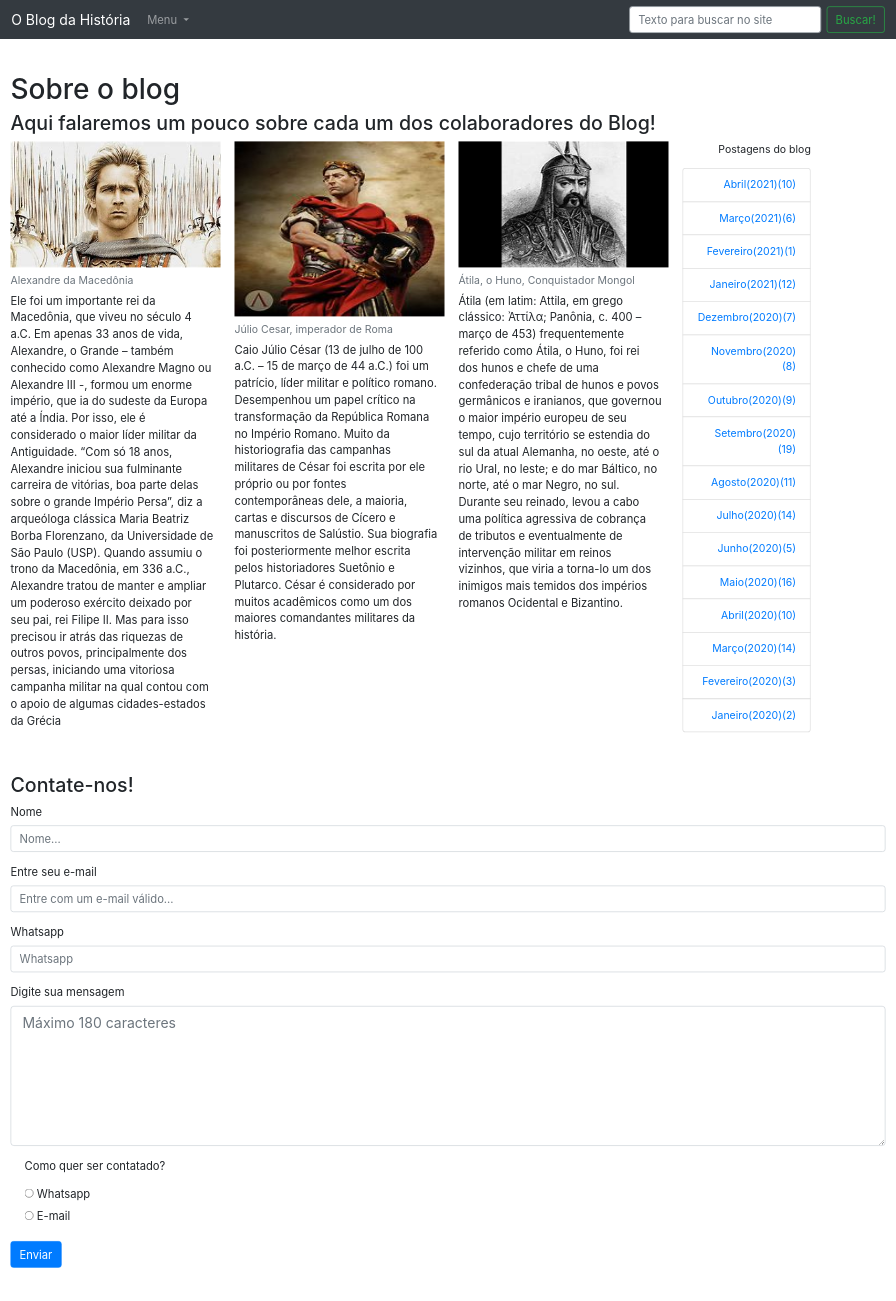
Repository: xhenrique/blog_layout_bootstrap
Page: source/sobre.html
The author's editor kept a copy of each file at every save. The page is drawn from the files as they stood at one save, then again after the next save.
The browser window is 1280 px wide. The pictures show the part of the page from y = 0 to 1920 px (the page is 1859 px tall before and 2903 px after), at 70% of full size.

Above is the page before, as saved 2021-04-25 03:14:04.

### source/sobre.html
<!DOCTYPE html>
<html lang="pt-br">
  <head>
    <!-- Meta tags Obrigatórias -->
    <meta charset="utf-8">
    <meta name="viewport" content="width=device-width, initial-scale=1, shrink-to-fit=no">

    <!-- Bootstrap CSS -->
    <link rel="stylesheet" href="https://stackpath.bootstrapcdn.com/bootstrap/4.1.3/css/bootstrap.min.css" integrity="sha384-MCw98/SFnGE8fJT3GXwEOngsV7Zt27NXFoaoApmYm81iuXoPkFOJwJ8ERdknLPMO" crossorigin="anonymous">
    <title>O Blog da História</title>
  </head>
  <body>
    <nav class="navbar navbar-expand-md navbar-dark bg-dark sticky-top">
        <a class = "navbar-brand" href="index.html">O Blog da História</a>

        <!--Especificações do que é cada um dos atributos!!!!!
            "aria-controls": define a relação entre os elementos, um elemento é pai e o outro filho, deve ser definido no pai, relacionando o filho;
            "data-target" : Define o que será exibido quando clicar na opção do menu;
            "data-toggle" : o que vai acontecer quando eu clicar em cima do botão, collapse, por exemplo, faz o botão expandir e retrair as opções;
            "aria-expanded" : Flag para o navegador informando que o elemento não está expandido;
            "aria-label" : é usado para definir uma string na tag do elemento atual.
        -->
        <button class="navbar-toggler" type="button" data-toggle="collapse" data-target="#navbarCfg" aria-controls="navbarCfg">
            <span class="navbar-toggler-icon"></span>
        </button>
        <div class="collapse navbar-collapse" id="navbarCfg">
            <ul class="navbar-nav mr-auto">
                <a class="nav-link dropdown-toggle" href="#" id="navbarDropdown" role="button" data-toggle="dropdown" aria-haspopup="true" aria-expanded="false">
                Menu
                </a>
                <div class="dropdown-menu" aria-labelledby="navbarDropdown">
                <a class="dropdown-item" href="index.html">Início</a>
                <a class="dropdown-item" href="sobre.html">Sobre</a>
                <a class="dropdown-item" href="posts.html">Postagens</a>
                <div class="dropdown-divider"></div>
                <p style="text-align: left; padding-left: 10px;"> Criado por: <br/>José Xavier<br/>UFPA - 2021</p>
                </div>
            </ul>
            <form class="form-inline my-2 my-lg-0">
            <input class="form-control mr-sm-2" type="search" placeholder="Texto para buscar no site" aria-label="Search">
            <button class="btn btn-outline-success my-2 my-sm-0" type="submit">Buscar!</button>
            </form>
        </div>
    </nav>

    <div class="container-fluid" id="sobreContainer">
        <div id="sobre_o_blog" class="text-left">
            <br/>
            <br/>
            <h1>Sobre o blog</h1>
            <h3>Aqui falaremos um pouco sobre cada um dos colaboradores do Blog!</h3>
        </div>
        <div class="row d-flex">
            <div class="col-md-3">
                <img class="figure-img" src="../img/alexandre.jpg" alt="Xandão"  style="height: 180px; width: 300px">
                <figcaption class="figure-caption" style="font-size: 15px; margin-bottom: 5px;">
                    Alexandre da Macedônia
                </figcaption>
                <p>Ele foi um importante rei da Macedônia, que viveu no século 4 a.C. Em apenas 33 anos de vida, Alexandre, o Grande – também conhecido como Alexandre Magno ou Alexandre III -, formou um enorme império, que ia do sudeste da Europa até a Índia. Por isso, ele é considerado o maior líder militar da Antiguidade. “Com só 18 anos, Alexandre iniciou sua fulminante carreira de vitórias, boa parte delas sobre o grande Império Persa”, diz a arqueóloga clássica Maria Beatriz Borba Florenzano, da Universidade de São Paulo (USP). Quando assumiu o trono da Macedônia, em 336 a.C., Alexandre tratou de manter e ampliar um poderoso exército deixado por seu pai, rei Filipe II. Mas para isso precisou ir atrás das riquezas de outros povos, principalmente dos persas, iniciando uma vitoriosa campanha militar na qual contou com o apoio de algumas cidades-estados da Grécia</p>
            </div>
            <div class="col-md-3">
                <img class="figure-img" src="../img/th.jfif" alt="imperador" style="height: 250px; width: 300px">
                <figcaption class="figure-caption" style="font-size: 15px; margin-bottom: 5px;">
                    Júlio Cesar, imperador de Roma
                </figcaption>
                <p>Caio Júlio César (13 de julho de 100 a.C. – 15 de março de 44 a.C.) foi um patrício, líder militar e político romano. Desempenhou um papel crítico na transformação da República Romana no Império Romano. Muito da historiografia das campanhas militares de César foi escrita por ele próprio ou por fontes contemporâneas dele, a maioria, cartas e discursos de Cícero e manuscritos de Salústio. Sua biografia foi posteriormente melhor escrita pelos historiadores Suetônio e Plutarco. César é considerado por muitos acadêmicos como um dos maiores comandantes militares da história.</p>
            </div>
            <div class="col-md-3">
                <img class="figure-img" src="../img/atila.jpg" alt="o_huno" style="height: 180px; width: 300px">
                <figcaption class="figure-caption" style="font-size: 15px; margin-bottom: 5px;">
                        Átila, o Huno, Conquistador Mongol
                </figcaption>
                <p>Átila (em latim: Attila, em grego clássico: Ἀττίλα; Panônia, c. 400 – março de 453) frequentemente referido como Átila, o Huno, foi rei dos hunos e chefe de uma confederação tribal de hunos e povos germânicos e iranianos, que governou o maior império europeu de seu tempo, cujo território se estendia do sul da atual Alemanha, no oeste, até o rio Ural, no leste; e do mar Báltico, no norte, até o mar Negro, no sul. Durante seu reinado, levou a cabo uma política agressiva de cobrança de tributos e eventualmente de intervenção militar em reinos vizinhos, que viria a torna-lo um dos inimigos mais temidos dos impérios romanos Ocidental e Bizantino.</p>
            </div>
                <div class="col-md-2">
                    <div class="text-right" style="font-size: 15px;">
                        <p>Postagens do blog</p>
                        <ul class="list-group">
                            <!--Javascript provavelmente entraria aqui, iterando sobre uma lista/matriz e exibindo a quantida de postagens por mês/ano-->
                            <li class="list-group-item"><a href="">Abril(2021)(10)</a></li>
                            <li class="list-group-item"><a href="">Março(2021)(6)</a></li>
                            <li class="list-group-item"><a href="">Fevereiro(2021)(1)</a></li>
                            <li class="list-group-item"><a href="">Janeiro(2021)(12)</a></li>
                            <li class="list-group-item"><a href="">Dezembro(2020)(7)</a></li>
                            <li class="list-group-item"><a href="">Novembro(2020)(8)</a></li>
                            <li class="list-group-item"><a href="">Outubro(2020)(9)</a></li>
                            <li class="list-group-item"><a href="">Setembro(2020)(19)</a></li>
                            <li class="list-group-item"><a href="">Agosto(2020)(11)</a></li>
                            <li class="list-group-item"><a href="">Julho(2020)(14)</a></li>
                            <li class="list-group-item"><a href="">Junho(2020)(5)</a></li>
                            <li class="list-group-item"><a href="">Maio(2020)(16)</a></li>
                            <li class="list-group-item"><a href="">Abril(2020)(10)</a></li>
                            <li class="list-group-item"><a href="">Março(2020)(14)</a></li>
                            <li class="list-group-item"><a href="">Fevereiro(2020)(3)</a></li>
                            <li class="list-group-item"><a href="">Janeiro(2020)(2)</a></li>
                        </ul>
                    </div>
                </div>
        </div>

        <form>
            <br/>
            <br/>

            <h3>
                Contate-nos!
            </h3>
            <div class="mb-3">
                <label for="nameInput" class="form-label">Nome</label>
                <input type="email" placeholder="Nome..." class="form-control" id="nameInput" aria-describedby="input_name" required>
            </div>
            <div class="mb-3">
                <label for="inputEmail" class="form-label">Entre seu e-mail</label>
                <input type="email" placeholder="Entre com um e-mail válido..." class="form-control" id="inputEmail" aria-describedby="emailHelp" required>
            </div>
              <div class="mb-3">
                <label for="wppInput" class="form-label">Whatsapp</label>
                <input type="text" placeholder="Whatsapp" class="form-control" id="wppInput">
              </div>
              <div class="mb-3">
                <label for="msgInput" class="form-label">Digite sua mensagem</label>
                <textarea type="text" placeholder="Máximo 180 caracteres" maxlength="180" class="form-control form-control-lg" id="msgInput" style="height: 200px;"></textarea>
              </div>
              <div class="mb-3 form-check">
                  <p>Como quer ser contatado?
                  </p>
                  <input type="radio" id="wpp" name="whatsapp" value="Whatsapp">
                  <label for="wpp">Whatsapp</label><br>
                  <input type="radio" id="e-mail" name="email" value="E-mail">
                  <label for="e-mail">E-mail</label><br>
              </div>
              <button class="btn btn-primary" type="submit" aria-label="btnSubmmit">Enviar</button>
              <br>
              <br>
              <br>
        </form>
    </div>


    <!-- JavaScript (Opcional) -->
    <!-- jQuery primeiro, depois Popper.js, depois Bootstrap JS -->
    <script src="https://code.jquery.com/jquery-3.3.1.slim.min.js" integrity="sha384-q8i/X+965DzO0rT7abK41JStQIAqVgRVzpbzo5smXKp4YfRvH+8abtTE1Pi6jizo" crossorigin="anonymous"></script>
    <script src="https://cdnjs.cloudflare.com/ajax/libs/popper.js/1.14.3/umd/popper.min.js" integrity="sha384-ZMP7rVo3mIykV+2+9J3UJ46jBk0WLaUAdn689aCwoqbBJiSnjAK/l8WvCWPIPm49" crossorigin="anonymous"></script>
    <script src="https://stackpath.bootstrapcdn.com/bootstrap/4.1.3/js/bootstrap.min.js" integrity="sha384-ChfqqxuZUCnJSK3+MXmPNIyE6ZbWh2IMqE241rYiqJxyMiZ6OW/JmZQ5stwEULTy" crossorigin="anonymous"></script>
  </body>
</html>

After the next save:
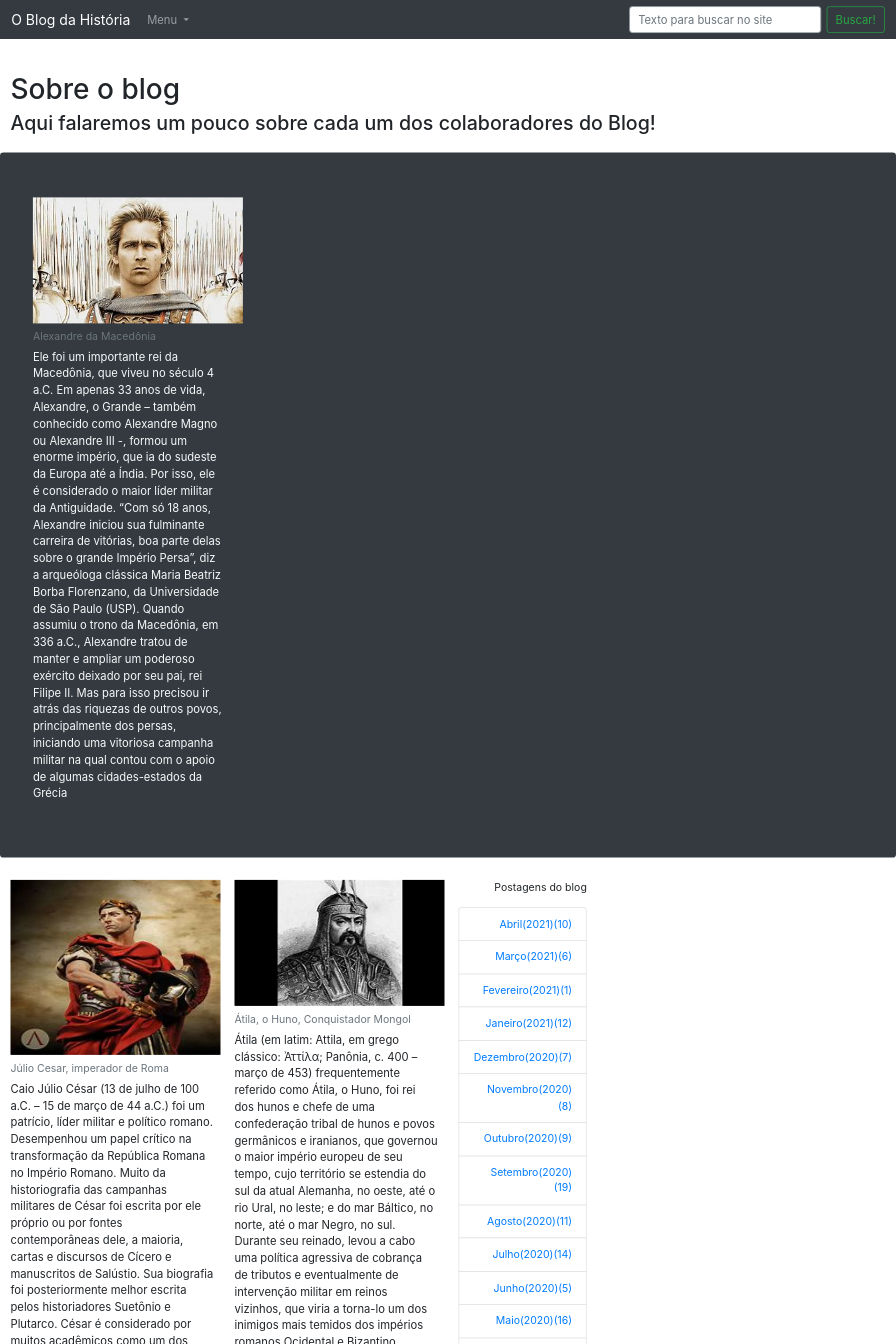
Saved 3 min 12 s later.
--- a/source/sobre.html
+++ b/source/sobre.html
@@ -51,12 +51,15 @@
             <h3>Aqui falaremos um pouco sobre cada um dos colaboradores do Blog!</h3>
         </div>
         <div class="row d-flex">
-            <div class="col-md-3">
-                <img class="figure-img" src="../img/alexandre.jpg" alt="Xandão"  style="height: 180px; width: 300px">
-                <figcaption class="figure-caption" style="font-size: 15px; margin-bottom: 5px;">
-                    Alexandre da Macedônia
-                </figcaption>
-                <p>Ele foi um importante rei da Macedônia, que viveu no século 4 a.C. Em apenas 33 anos de vida, Alexandre, o Grande – também conhecido como Alexandre Magno ou Alexandre III -, formou um enorme império, que ia do sudeste da Europa até a Índia. Por isso, ele é considerado o maior líder militar da Antiguidade. “Com só 18 anos, Alexandre iniciou sua fulminante carreira de vitórias, boa parte delas sobre o grande Império Persa”, diz a arqueóloga clássica Maria Beatriz Borba Florenzano, da Universidade de São Paulo (USP). Quando assumiu o trono da Macedônia, em 336 a.C., Alexandre tratou de manter e ampliar um poderoso exército deixado por seu pai, rei Filipe II. Mas para isso precisou ir atrás das riquezas de outros povos, principalmente dos persas, iniciando uma vitoriosa campanha militar na qual contou com o apoio de algumas cidades-estados da Grécia</p>
+            <div	class="jumbotron	bg-dark	text-light	mt-3">
+
+                <div class="col-md-3">
+                    <img class="figure-img" src="../img/alexandre.jpg" alt="Xandão"  style="height: 180px; width: 300px">
+                    <figcaption class="figure-caption" style="font-size: 15px; margin-bottom: 5px;">
+                        Alexandre da Macedônia
+                    </figcaption>
+                    <p>Ele foi um importante rei da Macedônia, que viveu no século 4 a.C. Em apenas 33 anos de vida, Alexandre, o Grande – também conhecido como Alexandre Magno ou Alexandre III -, formou um enorme império, que ia do sudeste da Europa até a Índia. Por isso, ele é considerado o maior líder militar da Antiguidade. “Com só 18 anos, Alexandre iniciou sua fulminante carreira de vitórias, boa parte delas sobre o grande Império Persa”, diz a arqueóloga clássica Maria Beatriz Borba Florenzano, da Universidade de São Paulo (USP). Quando assumiu o trono da Macedônia, em 336 a.C., Alexandre tratou de manter e ampliar um poderoso exército deixado por seu pai, rei Filipe II. Mas para isso precisou ir atrás das riquezas de outros povos, principalmente dos persas, iniciando uma vitoriosa campanha militar na qual contou com o apoio de algumas cidades-estados da Grécia</p>
+                </div>
             </div>
             <div class="col-md-3">
                 <img class="figure-img" src="../img/th.jfif" alt="imperador" style="height: 250px; width: 300px">
